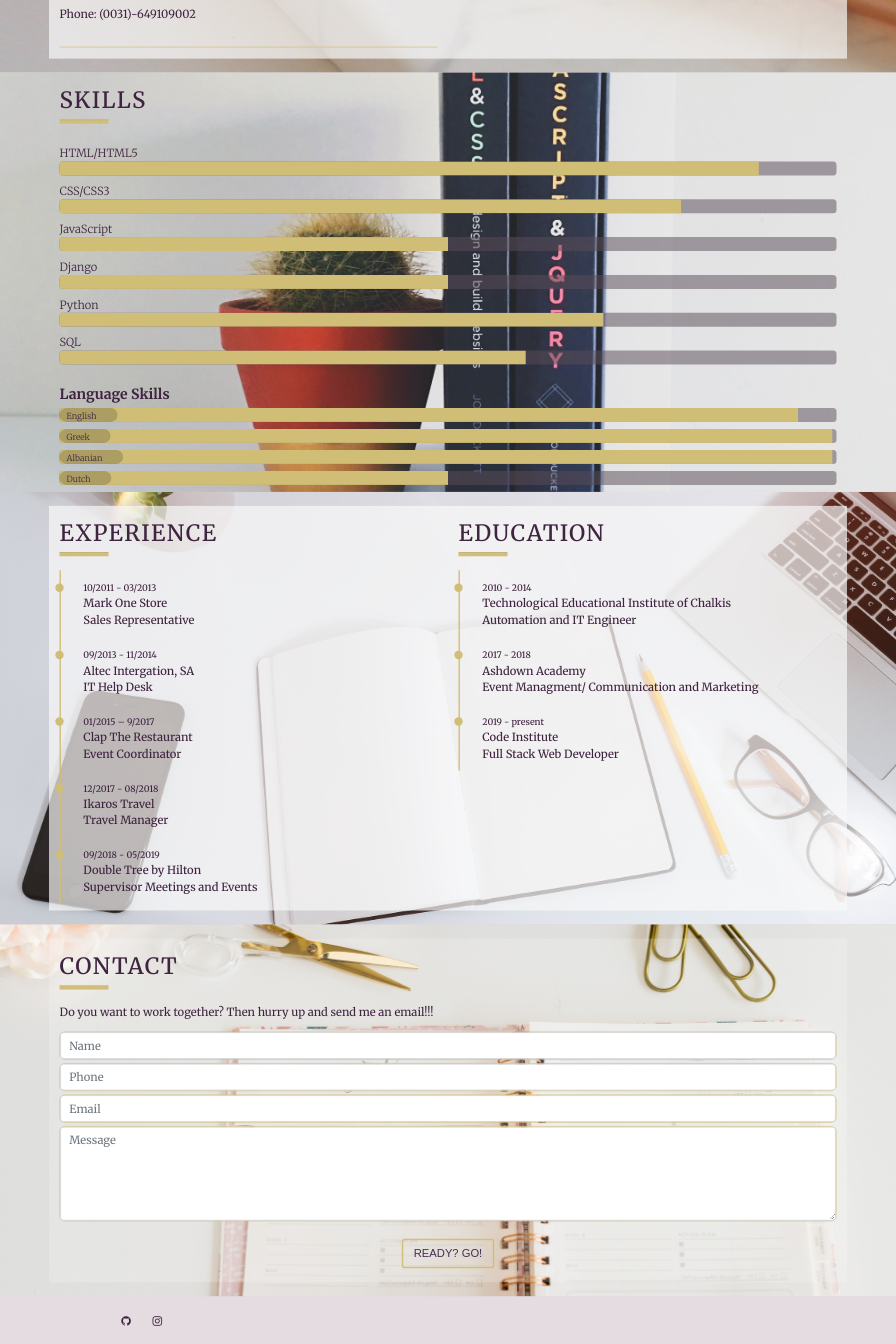
Repository: edshuli/Portfolio
Page: index.html
The author's editor kept a record of every edit. The page is drawn from the files as they stood at one moment, then again after the next edit.
The browser window is 1280 px wide. The pictures show the part of the page from y = 1134 to 3054 px (the page is 3054 px tall before and 3041 px after), at 70% of full size.
Backgrounds fixed to the window are drawn as part of the page. Some web fonts or font styles are not loaded; a fallback is used.

Above is the page before.

### index.html
<!DOCTYPE html>
<html lang="en">

<head>
    <meta charset="UTF-8">
    <meta name="viewport" content="width=device-width, initial-scale=1.0">
    <meta http-equiv="X-UA-Compatible" content="ie=edge">
    <link rel="stylesheet" href="https://stackpath.bootstrapcdn.com/bootstrap/4.3.1/css/bootstrap.min.css" type="text/css" />
    <link rel="stylesheet" href="https://maxcdn.bootstrapcdn.com/font-awesome/4.7.0/css/font-awesome.min.css" type="text/css" />
    <link rel="stylesheet" href="https://cdnjs.cloudflare.com/ajax/libs/hover.css/2.3.1/css/hover-min.css" type="text/css" />
    <link rel="stylesheet" href="assets/css/style.css" type="text/css" />
    <title>Edna Shuli - Full Stack Web Developer</title>
</head>

<body>

    <div class="container-fluid navbar-menu">
        <div class="row">
            <div class="col-12">
                <!-- NAVBAR -->
                <nav class="navbar navbar-expand-sm fixed-top navbar-light ">
                    <a href="index.html" class="navbar-brand"><!--<i class="fa fa-home" aria-hidden="true"></i>-->Ed.Sh</a>
                    <button class="navbar-toggler" type="button" data-toggle="collapse" data-target="#menuDropdown" aria-controls="menuDropdown" aria-expanded="false" aria-label="Toggle navigation">
           <span class="navbar-toggler-icon"></span>
       </button>

                    <div id="menuDropdown" class="navbar-collapse collapse">
                        <ul class="navbar-nav mr-auto">
                            <li><a class="nav-link text-uppercase" href="#">about</a></li>
                            <li><a class="nav-link text-uppercase" href="#">skills</a></li>
                            <li><a class="nav-link text-uppercase" href="#">work</a></li>
                            <li><a class="nav-link text-uppercase" href="#">education</a></li>
                            <li><a class="nav-link text-uppercase" href="#">contact</a></li>
                            <li><a class="nav-link text-uppercase" href="#">cv</a></li>
                        </ul>
                    </div>
            </div>
        </div>
        </nav>
    </div>
    <div class="container-fluid homepage-container ">
        <div class="row">
            <div class="col">
                <div class="jumbotron ">
                    <h1 class="header">Hi! I'm </br><span class="name">
            Edna Shuli</span></h1>
                    <p class="title">Full Stack Web Developer</p>
                </div>
            </div>
        </div>
    </div>



    <!-- ABOUT ME -->
    <section class="aboutme">
        <div class="container aboutme-container">
            <div class="row">
                <div class="col-md-6 personalinfo-container">
                    <div class="personal-info">
                        <h2 class="uppercase">Personal Info</h2>
                        <hr class="title-divider">
                        <ul>
                            <li>Name: Edna Shuli</li>
                            <li>Email: <a href="mailto:edna_shhuli@hotmail.gr">edna_shuli@hotmail.gr</a></li>
                            <li>Address: Linnaeusstraat 35F, Amsterdam The Netherlands</li>
                            <li>Phone: (0031)-649109002</li>
                        </ul>
                    </div>
                </div>
                <div class="col-md-6 about-container">
                    <h2 class="text-uppercase">About</h2>
                    <hr class="title-divider">
                    <div class="aboutitem">
                        <p>Hello there, I am Edna Shuli currently studying Full Stack Development at Code Institute.
                        </p>
                    </div>
                    <button class="btn">Download CV!</button>
                </div>
            </div>
        </div>
    </section>



    <!-- Skills -->

    <section class="skills">
        <div class="container skills-container">
            <div class="row">
                <div class="col">
                    <h2 class="text-uppercase">Skills</h2>
                    <hr class="title-divider">
                </div>
            </div>
            <div class="skills-item-container">
                <div class="row ">
                    <div class="col">
                        <div class="skill-item-desc">HTML/HTML5</div>
                        <div class="progress">
                            <div class="progress-bar" role="progressbar" aria-valuenow="90" aria-valuemin="0" aria-valuemax="100" style="width:90%">
                                <span class="sr-only">90% complete</span>
                            </div>
                        </div>
                        <div class="skill-item-desc">CSS/CSS3</div>
                        <div class="progress">
                            <div class="progress-bar" role="progressbar" aria-valuenow="80" aria-valuemin="0" aria-valuemax="100" style="width:80%">
                                <span class="sr-only">80% complete</span>
                            </div>
                        </div>
                        <div class="skill-item-desc">JavaScript</div>
                        <div class="progress">
                            <div class="progress-bar" role="progressbar" aria-valuenow="50" aria-valuemin="0" aria-valuemax="100" style="width:50%">
                                <span class="sr-only">50% complete</span>
                            </div>
                        </div>
                        <div class="skill-item-desc">Django</div>
                        <div class="progress">
                            <div class="progress-bar" role="progressbar" aria-valuenow="50" aria-valuemin="0" aria-valuemax="100" style="width:50%">
                                <span class="sr-only">50% complete</span>
                            </div>
                        </div>
                        <div class="skill-item-desc">Python</div>
                        <div class="progress">
                            <div class="progress-bar" role="progressbar" aria-valuenow="70" aria-valuemin="0" aria-valuemax="100" style="width:70%">
                                <span class="sr-only">70% complete</span>
                            </div>
                        </div>
                        <div class="skill-item-desc">SQL</div>
                        <div class="progress">
                            <div class="progress-bar" role="progressbar" aria-valuenow="60" aria-valuemin="0" aria-valuemax="100" style="width:60%">
                                <span class="sr-only">60% complete</span>
                            </div>
                        </div>
                    </div>
                </div>
            </div>
            <div class="language-container">
                <div class="row">
                    <div class="col">
                        <h3>Language Skills</h3>
                        <div class="progress">
                            <div class="progress-bar" role="progressbar" aria-valuenow="95" aria-valuemin="0" aria-valuemax="100" style="width:95%">
                                <span class="sr-only">95% complete</span>
                            </div>
                            <span class="progress-item">English</span>
                        </div>
                        <div class="progress">
                            <div class="progress-bar" role="progressbar" aria-valuenow="99.5" aria-valuemin="0" aria-valuemax="100" style="width:99.5%">
                                <span class="sr-only">99.5% complete</span>
                            </div>
                            <span class="progress-item">Greek</span>
                        </div>

                        <div class="progress">
                            <div class="progress-bar" role="progressbar" aria-valuenow="99.5" aria-valuemin="0" aria-valuemax="100" style="width:99.5%">
                                <span class="sr-only">99.5% complete</span>
                            </div>
                            <span class="progress-item">Albanian</span>
                        </div>

                        <div class="progress">
                            <div class="progress-bar" role="progressbar" aria-valuenow="50" aria-valuemin="0" aria-valuemax="100" style="width:50%">
                                <span class="sr-only">50% complete</span>
                            </div>
                            <span class="progress-item">Dutch</span>
                        </div>
                    </div>
                </div>
            </div>
        </div>
    </section>



    <!-- Experience -->
    <section class="info">
        <div class="container container-info">
            <div class="row">
                <div class="col-md-6 experience-container">
                    <h2 class="text-uppercase history-heading">Experience</h2>
                    <hr class="title-divider">
                    <div class="history-items">
                        <div class="timeline-item" data-dates="10/2011 - 03/2013">
                            <h7>Mark One Store</h7>
                            <p>Sales Representative</p>
                        </div>
                        <div class="timeline-item" data-dates="09/2013 - 11/2014">
                            <h7>Altec Intergation, SA</h7>
                            <p>IT Help Desk</p>
                        </div>
                        <div class="timeline-item" data-dates="01/2015 – 9/2017">
                            <h7>Clap The Restaurant</h7>
                            <p>Event Coordinator</p>
                        </div>
                        <div class="timeline-item" data-dates="12/2017 - 08/2018">
                            <h7>Ikaros Travel</h7>
                            <p>Travel Manager</p>
                        </div>
                        <div class="timeline-item" data-dates="09/2018  - 05/2019">
                            <h7>Double Tree by Hilton</h7>
                            <p>Supervisor Meetings and Events</p>
                        </div>
                    </div>
                </div>
                <div class="col-md-6 education-container">
                    <h2 class="text-uppercase edu-heading">Education</h2>
                    <hr class="title-divider">
                    <div class="edu-history">
                        <div class="timeline-item" data-dates="2010 - 2014">
                            <h7>Technological Educational Institute of Chalkis </h7>
                            <p>Automation and IT Engineer</p>
                        </div>
                        <div class="timeline-item" data-dates="2017 - 2018">
                            <h7>Ashdown Academy</h7>
                            <p>Event Managment/ Communication and Marketing</p>
                        </div>
                        <div class="timeline-item" data-dates="2019 - present">
                            <h7>Code Institute</h7>
                            <p>Full Stack Web Developer</p>
                        </div>
                    </div>
                </div>
            </div>
        </div>
    </section>



    <!-- Contact -->
    <section class="contact">
        <div class="container contact-container ">
            <div class="row contact-form">
                <div class="col position-contact">
                    <h2 class="text-uppercase contac-header">Contact</h2>
                    <hr class="title-divider">
                    <p class="contact-text">Do you want to work together? Then hurry up and send me an email!!!</p>
                    <div class="center-form">
                        <form>
                            <div class="contact-item">
                                <input type="text" name="name" id="fullname" class="form-control" placeholder="Name" required/>
                            </div>
                            <div class="contact-item">
                                <input type="text" name="phone" id="phonenumber" class="form-control" placeholder="Phone" required />
                            </div>
                            <div class="contact-item">
                                <input type="text" name="email" id="emailaddress" class="form-control" placeholder="Email" required/>
                            </div>
                            <div class="contact-item">
                                <textarea rows="5" name="projectsummary" id="projectsummary" class="form-control" placeholder="Message" required></textarea>
                            </div>
                            <div class="row text-center">
                                <div class="col">
                                    <button class="btn">READY? GO!</button>
                                </div>
                            </div>
                        </form>
                    </div>
                </div>
            </div>
        </div>
    </section>

    <footer>
        <div class="container footer-container">
            <div class="row">
                <div class="col-xs-12 col-xs-12 icons">
                            <a href="#" target="_blank"><i class="fa fa-file-download" aria-hidden="true"></i></a>
                            <a href="#" target="_blank"><i class="fa fa-linkedin-in" aria-hidden="true"></i></a>
                            <a href="#" target="_blank"><i class="fa fa-github" aria-hidden="true"></i></a>
                            <a href="#" target="_blank"><i class="fa fa-instagram" aria-hidden="true"></i></a>
                </div>
            </div>
        </div>
    </footer>

   <script src="https://code.jquery.com/jquery-3.3.1.slim.min.js" integrity="sha384-q8i/X+965DzO0rT7abK41JStQIAqVgRVzpbzo5smXKp4YfRvH+8abtTE1Pi6jizo" crossorigin="anonymous"></script>
    <script src="https://cdnjs.cloudflare.com/ajax/libs/popper.js/1.14.7/umd/popper.min.js" integrity="sha384-UO2eT0CpHqdSJQ6hJty5KVphtPhzWj9WO1clHTMGa3JDZwrnQq4sF86dIHNDz0W1" crossorigin="anonymous"></script>
    <script src="https://stackpath.bootstrapcdn.com/bootstrap/4.3.1/js/bootstrap.min.js" integrity="sha384-JjSmVgyd0p3pXB1rRibZUAYoIIy6OrQ6VrjIEaFf/nJGzIxFDsf4x0xIM+B07jRM" crossorigin="anonymous"></script>
</body>


</html>

### assets/css/style.css
@import url('https://fonts.googleapis.com/css?family=Merriweather:100,200,300,400,500,600,700|Playfair+Display:100,200,300,400,500,600,700|Nanum+Gothic:100,200,300,400');

body {
    font-family: "Merriweather", sans-serif;
    background-color: rgba(169, 144, 157, 0.42);
    font-weight: 400;
}




/* ------------------------Button/Download--------------------*/

.btn {
    font: 16px "Playfair", sans-serif;
    color: #472e5a;
    margin: 20px 0px;
    padding: 10px 15px;
    border: 2px solid #d1be7b;
    display: inline-block;
}

/*---------------------HOMEPAGE/JUMBOTRON--------------------*/

.homepage-container {
    height: 100vh;
    background: url(../images/img-homepage.jpg) no-repeat center center fixed;
    -webkit-background-size: cover;
    -moz-background-size: cover;
    -o-background-size: cover;
    background-size: cover;

    display: flex;
    align-items: center;
    justify-content: center;
}



/*------------------------Jumbotron ---------------------*/

.jumbotron {
    background-color: transparent;
    margin-bottom: 0px;
    padding: 150px 700px 50px 0;
}

.header {
    color: #3e2832;
    font-size: 45px;
    font-weight: 300;
    margin-bottom: 10px;
}


.header {
    font-family: "Playfair", sans-serif;
}

span {
    font-family: "Merriweather", sans-serif;
}

.title {
    font-family: "Playfair", sans-serif;
    border-bottom-width: 1px;
    border-bottom-style: solid;
    border-bottom-color: #4f3943;
    border-top-width: 1px;
    border-top-style: solid;
    border-top-color: #4f3943;
    color: #4f3943;
    font-size: 25px;
    font-weight: 300;
    text-transform: uppercase;
    letter-spacing: 1px;
    padding: 15px 0;
}


/*---------------------------------Navbar ------------*/

.navbar {
    background-color: rgba(0, 0, 0, 0.7);
    overflow: hidden;
    position: fixed;

}

.navbar-menu {
    padding-left: 0;
    padding-right: 0;

}

.navbar-light .navbar-brand {
    letter-spacing: 1px;
    color: #d1be7b;
    font-size: 20px;
    font-weight: bold;

}

.navbar .navbar-nav a {
    font-weight: bold;
    color: #d1be7b;
    letter-spacing: 1px;
    text-decoration: none;
}

.navbar-light .navbar-nav .nav-link {
    color: #d1be7b;
}

.fa-home {
    color: #d1be7b;
}



/*-----------For mobile ------------*/

.navbar-collapse {
    text-align: right;
    display: block;
}

.navbar-toggler {
    line-height: 1;
    background-color: #f8f9fa7a;
    border: 1px solid #fafaf8;
    border-radius: .25rem;
}

/*----------------------------TITLES/HEADERS----------------------------*/

h2 {
    font-family: "Merriweather", sans-serif;
    color: #3f2440;
    background-color: transparent;
    margin-top: 20px;
    letter-spacing: 2px;
}

.title-divider {
    width: 70px;
    height: 5px;
    background-color: #d1be7b;
    margin: 0 0 20px 0;
}

/*--------------------------ABOUT ME-------------------*/

.aboutme {
    width: 100vw;
    background: url(../images/aboutmelogo/imgabout.jpg) no-repeat center center fixed;
    -webkit-background-size: cover;
    -moz-background-size: cover;
    -o-background-size: cover;
    background-size: cover;
    background-color: #f6f4f5;
    position: relative;

}

.personalinfo-container,
.about-container {
    background-color: rgba(250, 250, 250, 0.69);
    margin-bottom: 20px;
    margin-top: 10px;
}



a {
    text-decoration: none;
    color: #3f2440;
}

ul {
    padding: 0;
}

.personal-info ul li {
    border-bottom: 1px solid #d1be7b;
    padding: 35px 0;
    list-style: none;
    color: #3f2440;

}




/*--------------------------------------SKILLS --------*/

.skills {
    width: 100vw;
    background: url(../images/skillslogo/image-skills.jpg) no-repeat center center fixed;
    -webkit-background-size: cover;
    -moz-background-size: cover;
    -o-background-size: cover;
    background-size: cover;
    position: relative;
}


.skills-item-container {
    margin-top: 10px;
    margin-bottom: 20px
}

.skill-item-desc {
    font-weight: 200;
    color: #3f2440;
}

.progress {
    background-color: rgba(90, 77, 89, 0.51);
    border-radius: 5px;
    margin-bottom: 10px;
    height: 20px;
}

.progress-bar {
    background-color: #d1be76;
}

.progress-item {
    position: absolute;
    font-weight: 200;
    padding: 3px 30px 2px 10px;
    color: #3f2440;
    background-color: rgba(25, 25, 25, 0.2);
    border-radius: 10px;
    height: 20px;
}


h3 {
    font-size: 20px;
    font-weight: bold;
    color: #3f2440;
}

/*-------------------- EXPERIENCE-EDUCATION---------------*/

.info {
    width: 100vw;
    background: url(../images/experience-logo/expimg.jpg) no-repeat center center fixed;
    -webkit-background-size: cover;
    -moz-background-size: cover;
    -o-background-size: cover;
    background-size: cover;

}

.experience-container,
.education-container {
    background-color: rgba(250, 250, 250, 0.69);
    padding-bottom: 10px;
    margin-top: 20px;
    margin-bottom: 20px;

}



.timeline-item {
    padding: 1em 2em 0em 2em;
    position: relative;
    color: #3f2440;
    font-weight: 500;
    border-left: 2px solid #d1be76;
}

.timeline-item p {
    padding: 0;
    margin: 0;
}

.timeline-item:before {
    content: attr(data-dates);
    left: 2.5em;
    top: 3em;
    display: block;
    font-weight: 500;
    font-size: 0.8em;
    padding: 0;
    margin: 0;
}

.timeline-item:after {
    width: 12px;
    height: 12px;
    display: block;
    top: -4em;
    right: 2.5em;
    position: relative;
    border-radius: 50%;
    content: '';
    background: #d1be76;
}

/*---------------------CONCTACT-----------------*/

.contact{
    width: 100vw;
    background: url(../images/contact-logo/contact-img.jpg) no-repeat center center fixed ;
    -webkit-background-size: cover;
    -moz-background-size: cover;
    -o-background-size: cover;
    background-size: cover;

}
 .position-contact{
     background-color: #fafafa36;
     margin-top:20px;
     margin-bottom:20px;
 }


.contact-text{
    color:#3f2440;
}

.contact-item{
    background-color:rgba(255, 255, 255, 0.5);
    border:1px solid #d1be76;
    border-radius: .50em;
    margin-bottom: 5px;
}
/*-------------------FOOTER----------------------*/
 footer{

     margin:0;
     background-color: rgba(250, 250, 250, 0.28);
     border-color:transparent;
 }

 i{
     display: inline-block;
     text-align:center;
     font-size:18px;
     width:41px;
     height:41px;
     border-radius:50%;
 }


/*------------------ MEDIA QUERRIES--------------*/

/*------------------ HOMEPAGE ------------------*/

@media (max-width: 575px) {

    .container-fluid {
        font-size: 10px;
    }

    .jumbotron {
        background-color: transparent;
        margin-bottom: 0px;
        padding: 5px 0px 100px 0;
    }
    .navbar-toggler {
        line-height: 1;
        background-color: #f8f9fa7a;
        border: 1px solid #fafaf8;
        border-radius: 0.1rem;
    }

    .header {
        font-size: 30px;
        font-weight: 300;
    }

    .title {
        font-size: 15px;
    }
}

@media (min-width: 576px) and (max-width:768px) {

    .jumbotron {
        background-color: transparent;
        margin-bottom: 0px;
        padding: 5px 0px 100px 0;
    }
}

@media (max-width: 768px) {
    .homepage-container {
        background: url(../images/image.jpg) no-repeat center center fixed;
        -webkit-background-size: cover;
        -moz-background-size: cover;
        -o-background-size: cover;
        background-size: cover;
    }
}

/*------------------ SKILLS    ------------------*/

@media (max-width: 320px) {
    h2 {
        font-size: 20px;
    }

    .skill-item-desc {
        font-weight: bold;

    }

    .progress-item {
        font-weight: bold;
    }


}

@media (max-width: 767px) {
    .skills {
        background-image: none;
        background-color: rgba(250, 250, 250, 0.69);
    }

    .personalinfo-container {
    margin-bottom:0px;
    margin-top: 10px;
}

.about-container {
    margin-bottom: 20px;
    margin-top: 0px;
}

.experience-container {
    padding-bottom: 10px;
    margin-top: 20px;
    margin-bottom: 0px;

}

.education-container {
    padding-bottom: 10px;
    margin-top: 0px;
    margin-bottom: 20px;

}


}






/*@media (min-width: 768px) and (max-width:1024px) {
    .skills-item-container {
        margin-top: 35px;

        margin-bottom: 50px
    }
   .progress{
       margin-bottom: 20px;
       height:30px;
   }

   h3{
       padding-bottom: 35px;
       font-size:30px;
   }

   .skill-item-desc{
       font-weight:bold;
       font-size:20px;
   }

   .progress-item{
       font-size:20px;
       padding: 3px 30px 10px 5px;
       height:28px;
   }
}*/

After the next edit:
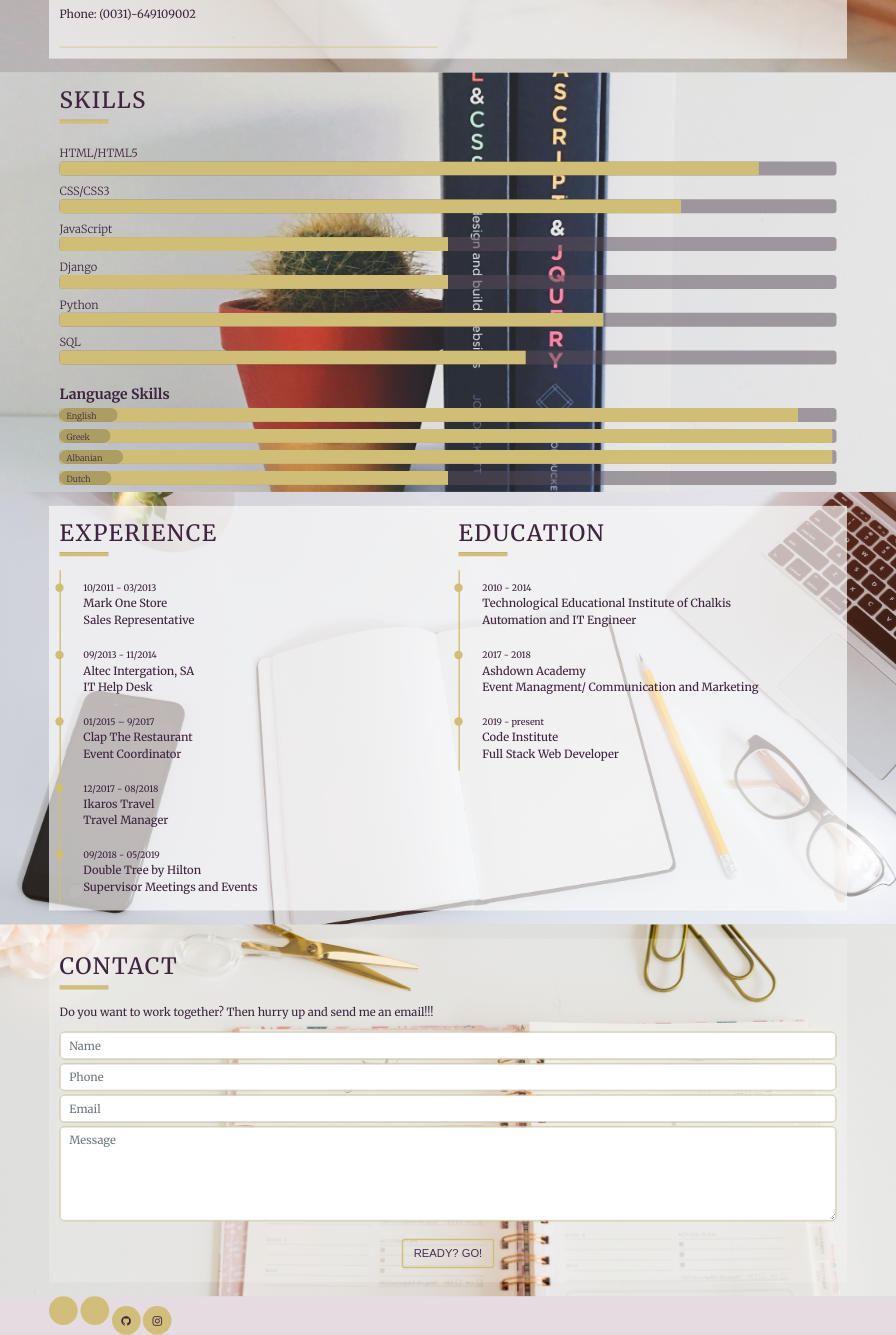
The edit:
--- a/assets/css/style.css
+++ b/assets/css/style.css
@@ -345,6 +345,8 @@
      width:41px;
      height:41px;
      border-radius:50%;
+     padding-top: 12.5px;
+     background-color: #d1be7b;
  }
 
 
